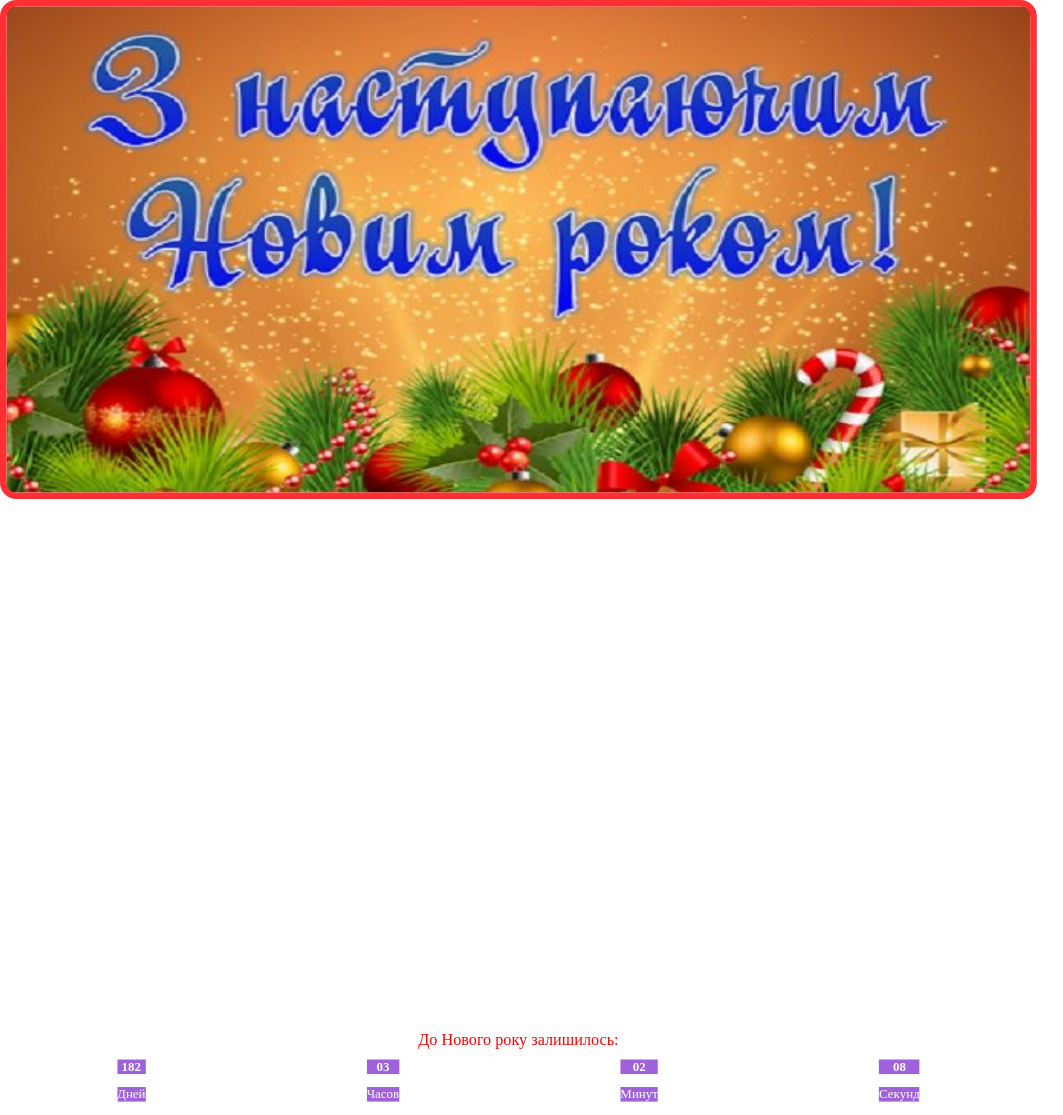
Repository: KonstantinKhamilov/JavaScript11-new-year
Page: index.html
An editor plug-in stored every save of this project. The page is shown before and after the next save, followed by the edit.
The browser window is 1280 px wide. The page is 1280 px wide, then 1312 px, then 1280 px, so the pictures cover 1312 px, including what lies to the right of the window. The pictures show the whole page, at 81% of full size.

Above is the page before, as saved 2024-12-29 19:23:23.

### index.html
<!DOCTYPE html>
<html lang="en">
    <head>
        <title>JavaScript11</title>

        <meta charset="utf-8">
        <meta http-equiv="X-UA-Compatible" content="IE=edge">
        <meta name="description" lang="ru" content="Стили css">
        <meta name="author" content="Константин">
        <meta name="keywords" content="Программирование, уроки JavaScript">
        <meta name="robots" content="all">
        <meta name="viewport" content="width=device-width, initial-scale=1.0">
        <link rel="stylesheet" href="newYear.css" type="text/css">
</head>

<body>
   <!--
     <h1><u>Задание 1</u></h1>
    <p>Необходимо реализовать функцию, описывающую окружность.В функции должны быть следующие компоненты:</p>
<ul type="disk">
    <li>поле, хранящее радиус окружности;</li>
    <li>get-свойство, возвращающее радиус окружности;</li>
    <li>set-свойство, устанавливающее радиус окружности;</li>
    <li>get-свойство, возвращающее диаметр окружности;</li>
    <li>метод, вычисляющий площадь окружности;</li>
    <li>метод, вычисляющий длину окружности.</li>
</ul>
       <p>Продемонстрируйте работу свойств и методов.</p>
       <p>Введите радиус окружности: </p>
       <input type="text" id="rad">
        <button onclick="showResults()">Показать результаты</button>
        <p id="output"></p>

          <h1><u>Задание 2</u></h1>
          <p>Реализуйте функцию, которая описывает css класс.функция CssClass должна содержать внутри себя:</p>
          <ul type="square">
<li>название css класса;</li>
<li>массив стилей;</li>
<li>метод для установки стиля;</li>
<li>метод для удаления стиля;</li>
<li>метод getCss(), который возвращает css код в виде строки.</li>
          </ul>

          <p>Введите название класса:</p>
    <input type="text" id="class" />
    <button onclick="showCSS()">Показать результат генерации</button>
    <p id="output1"></p>

    <p>Добавить стиль:</p>
    <input type="text" id="add-style" />
    <button onclick="addStyle()">Добавить</button>

    <p>Удалить стиль:</p>
    <input type="text" id="remove-style" />
    <button onclick="removeStyle()">Удалить</button>

  <h1><u>Задание 3</u></h1>
  <p>
    Рассчитайте, сколько дней, часов, минут и секунд осталось до Нового года. Выведите эти значения красиво,
    методом document.write() или другим с тегами -p- и
    -span- и классами для них. Стили можно записать в отдельном css-файле. Если одно из чисел будет меньше 10,
    то его нужно вывести с ведущим 0, например, так:
    Сделайте свой скрипт универсальным, задав дату следующего Нового года относительно текущей даты с помощью методов объекта Date.
  </p>
  <p>Пример вывода результата задания:</p>
<img src="D:\Full Stack\Модуль\JavaScript\JavaScript11\Безымянный1.png" alt="time">
-->
<div class="box">
  <ol class="maintext">
    <li class="text">До Нового року залишилось:</li>
   <li class="count">

<ol class="time">
  <li class="timer"><h2 id="day">00</h2><p>Дней</p></li>
  <li class="timer"><h2 id="hrs">00</h2><p>Часов</p></li>
  <li class="timer"><h2 id="min">00</h2><p>Минут</p></li>
  <li class="timer"><h2 id="sec">00</h2><p>Секунд</p></li>
</ol>
  </li>
  </ol>
</div>

    <script>
/*
        //1
function Circle(radius) {
  // Сохранение значения радиуса в свойстве объекта
  this.radius = radius;
  // Определение get-свойства для получения значения радиуса
  Object.defineProperty(this, 'radius', {
    get: function() {
      // Возвращение значения радиуса
      return radius;
    },
    // Определение set-свойства для установки значения радиуса
    set: function(value) {
      // Проверка на корректность значения радиуса
      if (value <= 0) throw new Error('Invalid radius');
      // Установка нового значения радиуса
      radius = value;
    }
  });

  // Определение get-свойства для получения значения диаметра окружности
  Object.defineProperty(this, 'diameter', {
    get: function() {
      // Возвращение значения диаметра, равного удвоенному радиусу
      return 2 * radius;
    }
  });

  // Определение метода для вычисления площади окружности
  this.area = function() {
    // Возвращение площади окружности, вычисленной как произведение числа Пи на квадрат радиуса
    return Math.PI * Math.pow(radius, 2);
  }

  // Определение метода для вычисления длины окружности
  this.circumference = function() {
    // Возвращение длины окружности, вычисленной как произведение числа Пи на удвоенный радиус
    return 2 * Math.PI * radius;
  }
}

function showResults() {
    let input = document.getElementById("rad").value;
    let circle = new Circle(input);
    let output = 'Радиус: ' + circle.radius + '<br>';
    output += 'Диаметр: ' + circle.diameter + '<br>';
    output += 'Площадь: ' + circle.area() + '<br>';
    output += 'Длинна окружности: ' + circle.circumference();
    document.getElementById("output").innerHTML = output;
  }

  //2

      // Определение функции CssClass, которая принимает название CSS класса в качестве аргумента
      function CssClass(className) {
        // Сохранение значения названия CSS класса в свойстве объекта
        this.className = className;
        // Создание пустого массива для хранения стилей CSS класса
        this.styles = [];

        // Определение метода setStyle для добавления нового стиля в массив стилей
        this.setStyle = function(style) {
          // Добавление нового стиля в конец массива стилей
          this.styles.push(style);
        }

        // Определение метода removeStyle для удаления существующего стиля из массива стилей
        this.removeStyle = function(style) {
          // Поиск индекса указанного стиля в массиве стилей
          let index = this.styles.indexOf(style);
          // Если стиль найден в массиве
          if (index !== -1) {
            // Удаление стиля из массива по найденному индексу
            this.styles.splice(index, 1);
          }
        }

        // Определение метода getCss для генерации CSS кода класса в виде строки
        this.getCss = function() {
          // Создание строки с селектором CSS класса и открывающей скобкой
          let cssString = '.' + this.className + ' {\n';
          // Цикл по всем стилям в массиве стилей
          for (let i = 0; i < this.styles.length; i++) {
            // Добавление очередного стиля в строку с отступом и точкой с запятой
            cssString += '  ' + this.styles[i] + ';\n';
          }
          // Добавление закрывающей скобки в конец строки
          cssString += '}';
          // Возвращение сгенерированной строки с CSS кодом класса
          return cssString;
        }
      }
      let myClass;

      function showCSS() {
        // Получение значения из элемента input с id 'class'
        let className = document.getElementById('class').value;
        // Создание нового объекта CssClass с названием класса из элемента input
        myClass = new CssClass(className);
        // Добавление стиля 'color: red' в массив стилей класса
        myClass.setStyle('color: red');
        // Добавление стиля 'font-size: 16px' в массив стилей класса
        myClass.setStyle('font-size: 16px');
        // Вывод сгенерированного CSS кода класса в элемент p с id 'output'
        document.getElementById('output1').innerHTML = myClass.getCss();
      }

      function addStyle() {
        if (!myClass) {
          alert('Сначала нажмите кнопку "Показать результат генерации"');
          return;
        }
        // Получение значения из элемента input с id 'add-style'
        let style = document.getElementById('add-style').value;
        // Добавление стиля в массив стилей класса
        myClass.setStyle(style);
        // Вывод обновленного CSS кода класса в элемент p с id 'output'
        document.getElementById('output1').innerHTML = myClass.getCss();
      }

      function removeStyle() {
        if (!myClass) {
          alert('Сначала нажмите кнопку "Показать результат генерации"');
          return;
        }
        // Получение значения из элемента input с id 'remove-style'
        let style = document.getElementById('remove-style').value;
        // Удаление стиля из массива стилей класса
        myClass.removeStyle(style);
        // Вывод обновленного CSS кода класса в элемент p с id 'output'
        document.getElementById('output1').innerHTML = myClass.getCss();
      }
      */

//3
const day = document.getElementById('day');
const hrs = document.getElementById('hrs');
const min = document.getElementById('min');
const sec = document.getElementById('sec');
const currentYear = new Date().getFullYear();

const newYear = new Date (`1 Jan ${currentYear + 1} 00:00:00`);

function countdownDate(){
const today = Date.now()
const gap = newYear - today;
let d = Math.floor(gap/1000/60/60/24);
let h = Math.floor((gap/1000/60/60)%24);
let m = Math.floor((gap/1000/60)%60);
let s = Math.floor((gap/1000)%60);

day.innerHTML = d<10 ? '0' + d : d;
hrs.innerHTML = h<10 ? '0' + h : h;
min.innerHTML = m<10 ? '0' + m : m;
sec.innerHTML = s<10 ? '0' + s : s;
}
setInterval(countdownDate,1000);
    </script>
</body>
</html>

### newYear.css
body {
  margin: 0;
  padding: 0;
}

@media screen and (min-width: 320px) {
  .box {
    display: block;
    text-align: end;
    background-image: url("z_nastupauschim_ng_4.jpg");
    background-repeat: no-repeat;
    background-size: 100% 100%;
    border: solid 8px;
    border-radius: 20px;
    border-color: rgb(255, 48, 52);
    height: 600px;
  }

  ol {
    list-style-type: none;
    margin: auto;
    padding: 0px;
  }

  .maintext {
    display: flex;
    flex-direction: column;
    justify-content: space-between;
    padding: 100% 0 0 0;
  }

  .text {
    color: rgb(255, 0, 0);
    font-family: cursive;
    font-size: 1.25em;
    text-align: center;
  }

  .time {
    display: flex;
    flex-direction: row;
    justify-content: space-around;
    width: 100%;
  }

  h2 {
    color: white;
    font-size: 1em;
  }

  .timer > p,
  .timer > #day,
  .timer > #hrs,
  .timer > #min,
  .timer > #sec {
    color: white;
    background-color: rgb(102, 2, 196, 0.62);
    font-size: 1em;
    text-align: center;
  }
}

After the next save:
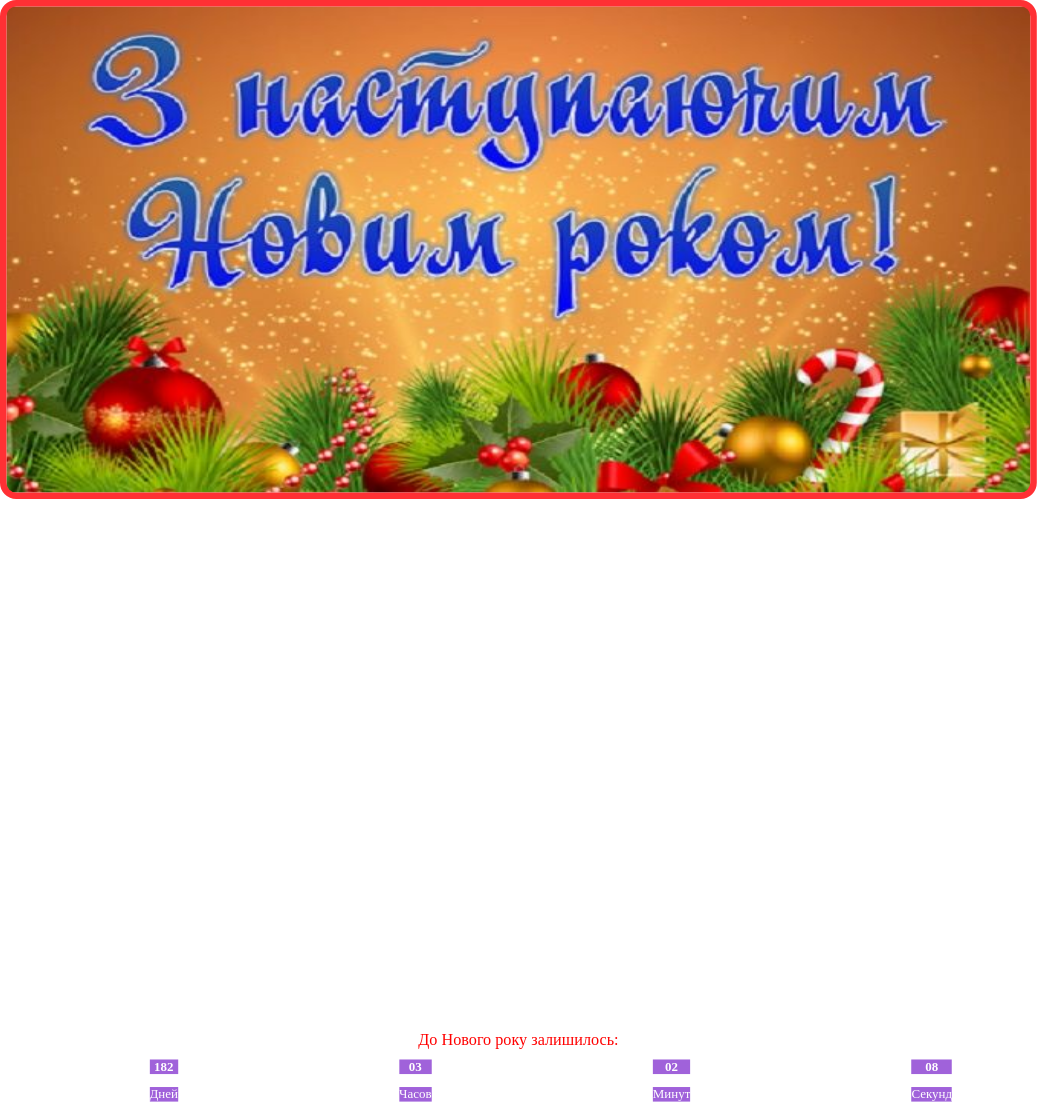
Saved 29 s later.
--- a/newYear.css
+++ b/newYear.css
@@ -19,7 +19,6 @@
   ol {
     list-style-type: none;
     margin: auto;
-    padding: 0px;
   }
 
   .maintext {

After the save that followed:
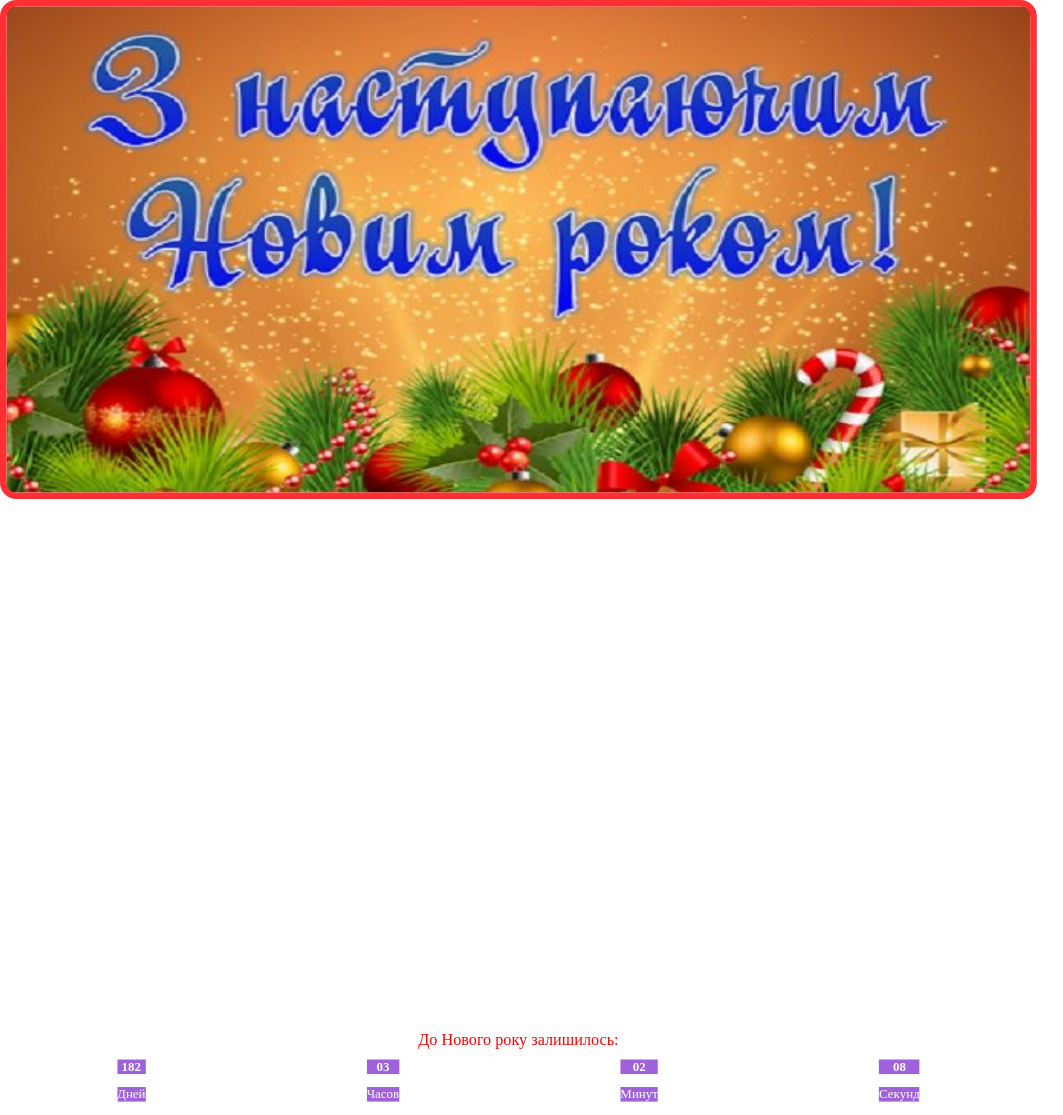
Saved 28 s later.
--- a/newYear.css
+++ b/newYear.css
@@ -19,13 +19,14 @@
   ol {
     list-style-type: none;
     margin: auto;
+    padding: 0px;
   }
 
   .maintext {
     display: flex;
     flex-direction: column;
     justify-content: space-between;
-    padding: 100% 0 0 0;
+    padding: 100% 0px 0px 0px;
   }
 
   .text {
